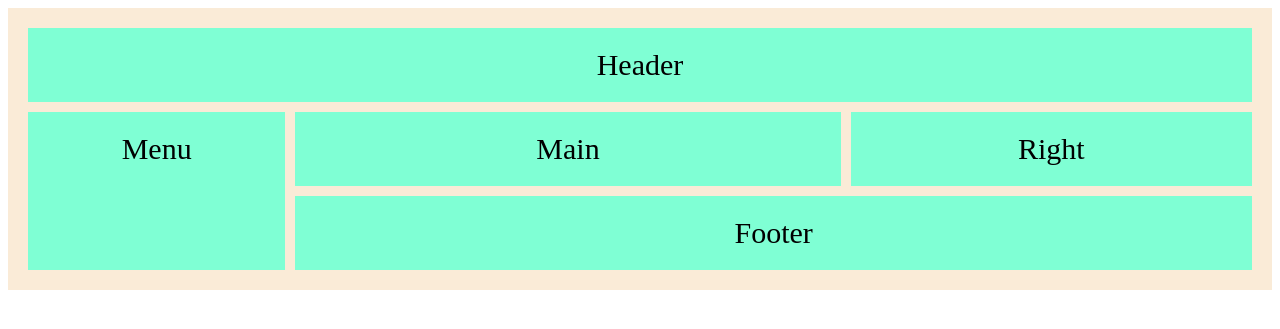
Repository: Thonghehe/Lab1_WEB106
Page: index11.html
The author's editor kept a copy of each file at every save. The page is drawn from the files as they stood at one save, then again after the next save.
The browser window is 1280 px wide. The pictures show the whole page.

Above is the page before, as saved 2024-03-05 17:37:10.

### index11.html
<!DOCTYPE html>
<html lang="en">

<head>
    <meta charset="UTF-8">
    <meta name="viewport" content="width=device-width, initial-scale=1.0">
    <title>Document</title>
    <link rel="stylesheet" href="./style.css">
</head>

<body>
    <div class="grid-container">
        <div class="item1">Header</div>
        <div class="item2">Menu</div>
        <div class="item3">Main</div>
        <div class="item4">Right</div>
        <div class="item5">Footer</div>
    </div>
</body>

</html>

### style.css
.item1 {
    grid-area: header;
}

.item2 {
    grid-area: menu;
}

.item3 {
    grid-area: main;
}

.item4 {
    grid-area: right;
}

.item5 {
    grid-area: footer;
}

.grid-container {
    display: grid;
    grid-template-areas:
        'header header header header header header'
        'menu main main main right right '
        'menu footer footer footer footer footer';
    gap: 10px;
    padding: 20px;
    background-color: antiquewhite;
    /* grid-template-columns: 20px 20px 20px 20px;
    grid-template-rows: 25px 25px; */
    /* justify-content: space-between; */
    /* align-content: space-around; */

}

.grid-container>div {
    background-color: aquamarine;
    text-align: center;
    padding: 20px;
    font-size: 30px;
}

After the next save:
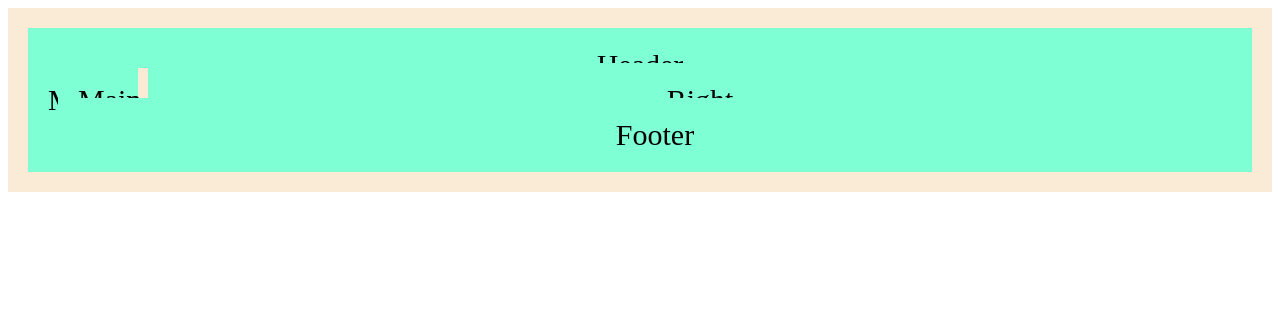
Saved 33 s later.
--- a/style.css
+++ b/style.css
@@ -27,8 +27,8 @@
     gap: 10px;
     padding: 20px;
     background-color: antiquewhite;
-    /* grid-template-columns: 20px 20px 20px 20px;
-    grid-template-rows: 25px 25px; */
+    grid-template-columns: 20px 20px 20px 20px;
+    grid-template-rows: 25px 25px;
     /* justify-content: space-between; */
     /* align-content: space-around; */
 

After the 2 saves that followed:
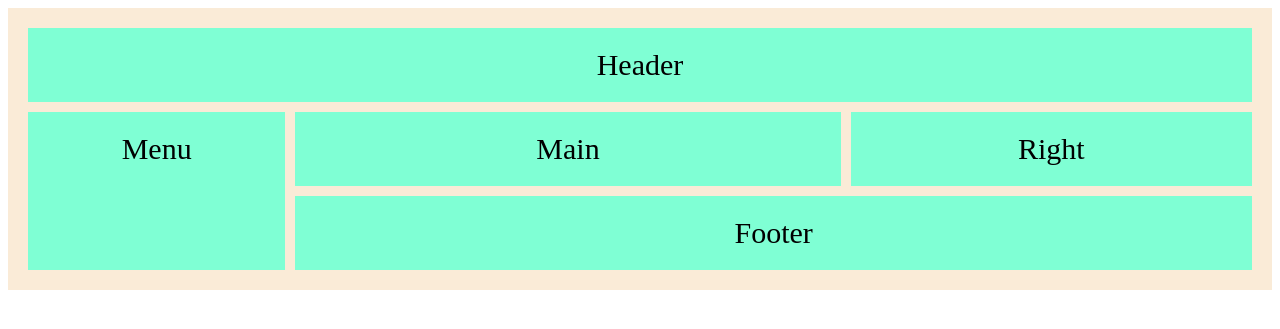
The 2 saves are shown as one change because they came seconds apart.
The last was saved 25 s later.
--- a/style.css
+++ b/style.css
@@ -27,8 +27,8 @@
     gap: 10px;
     padding: 20px;
     background-color: antiquewhite;
-    grid-template-columns: 20px 20px 20px 20px;
-    grid-template-rows: 25px 25px;
+    grid-template-columns: auto;
+    grid-template-rows: auto;
     /* justify-content: space-between; */
     /* align-content: space-around; */
 
